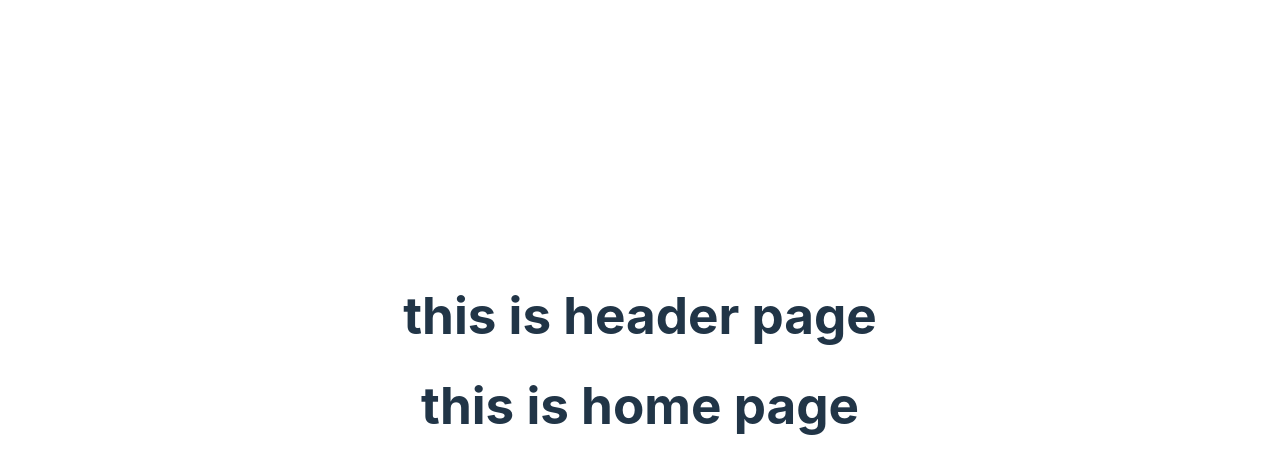
Repository: mdrubel02/CarPlayground-client-site
Page: /
An editor plug-in stored every save of this project. The page is shown before and after the next save, followed by the edit.
The browser window is 1280 px wide. The pictures show the whole page.
The project was rebuilt for these pictures with package versions that can differ from the ones it lists, and the page was loaded fresh each time. Also part of the build but not shown: vite.config.js, src/App.jsx.

Above is the page before, as saved 2023-05-19 10:29:52.

After the next save:
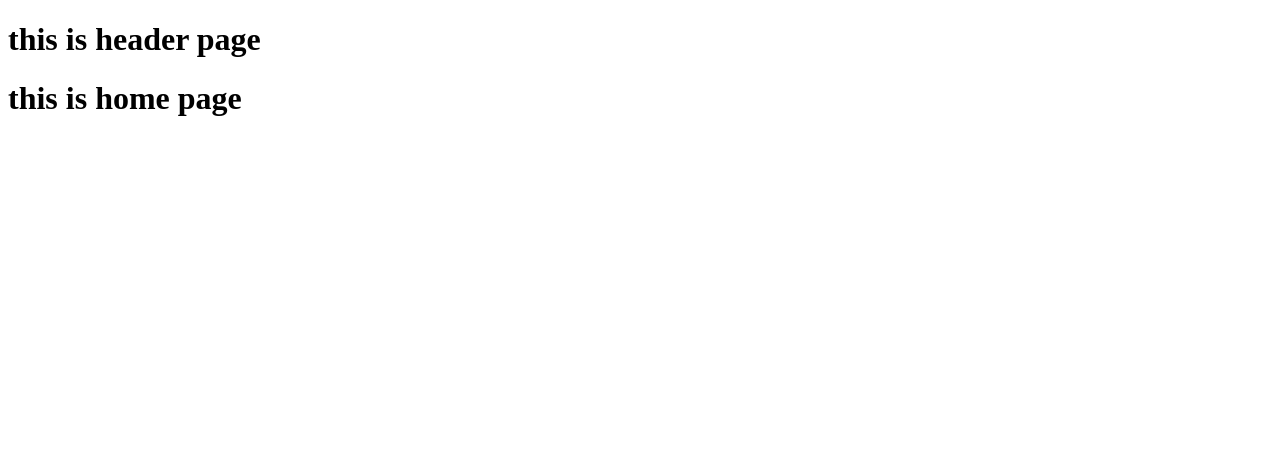
Saved 19 s later.
--- a/src/main.jsx
+++ b/src/main.jsx
@@ -1,7 +1,5 @@
 import React from 'react'
 import ReactDOM from 'react-dom/client'
-import App from './App'
-import './index.css'
 import { ToastContainer, toast } from 'react-toastify';
 import 'react-toastify/dist/ReactToastify.css';
 import { RouterProvider } from 'react-router-dom';
